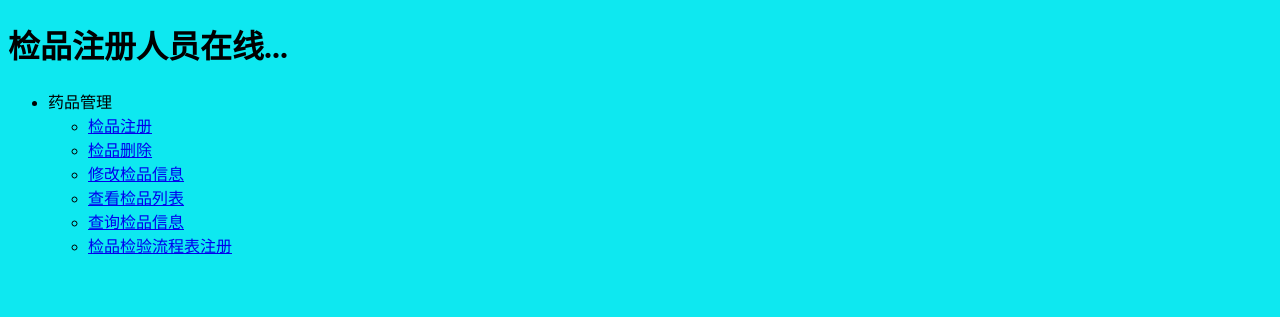
Repository: Shaoxubao/Java
Page: http://localhost/msm/jsp/sample/regi_menu.jsp
These files come from the project's save history. The page is drawn as it stood at one moment and after the next save; the edit follows.
The browser window is 1280 px wide. The pictures show the whole page.
The page is served by Tomcat 9. Nobody is signed in. The application's start-up code is not run.

Above is the page before, as saved 2015-06-10 08:12:59.

After the next save:
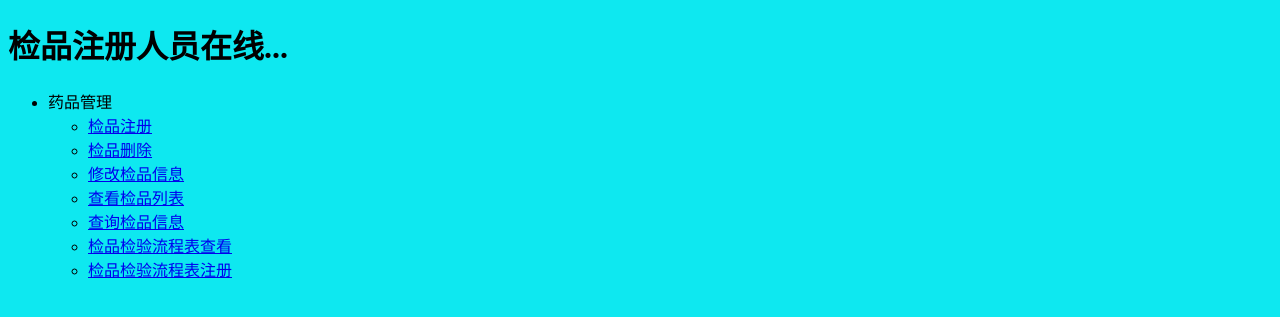
Saved 4 min 10 s later.
--- a/msm/WebContent/jsp/sample/regi_menu.jsp
+++ b/msm/WebContent/jsp/sample/regi_menu.jsp
@@ -18,6 +18,7 @@
           <li><a href="<%=request.getContextPath()%>/samplem/update" target="main">修改检品信息</a></li>
           <li><a href="<%=request.getContextPath()%>/samplem/samples" target="main">查看检品列表</a></li>
           <li><a href="<%=request.getContextPath()%>/samplem/show" target="main">查询检品信息</a></li>
+          <li><a href="<%=request.getContextPath()%>/samplem/show" target="main">检品检验流程表查看</a></li>
           <li><a href="<%=request.getContextPath()%>/samplem/show" target="main">检品检验流程表注册</a></li>
         </ul>
       </ul>
